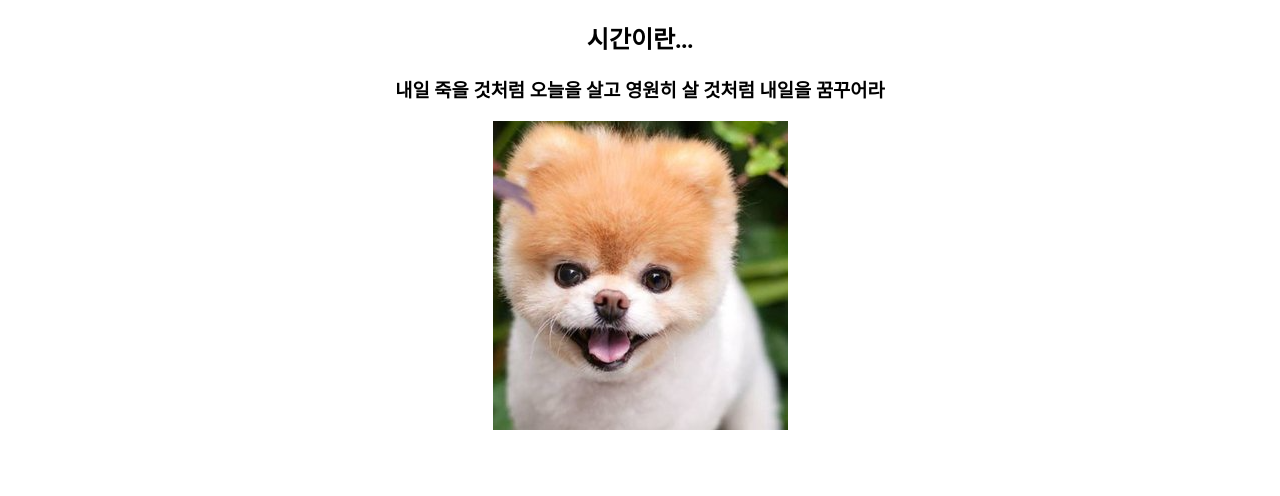
Repository: BangJinn/jspworks
Page: http://localhost/jwbook/time.jsp
These files come from the project's save history. The page is drawn as it stood at one moment and after the next save; the edit follows.
The browser window is 1280 px wide. The pictures show the whole page.
The page is served by Tomcat 9.

Above is the page before, as saved 2023-11-20 03:01:05.

### jwbook/src/main/webapp/time.jsp
<%@ page language="java" contentType="text/html; charset=UTF-8"
    pageEncoding="UTF-8"%>
<!DOCTYPE html>
<html>
<head>
<meta charset="UTF-8">
<meta name ="viewport" content = "width=device-width, initial-scale=1.0">
<title>Insert title here</title>
<style>
#wrap{width : 80%; margin: 0 auto; text-align: center;}
</style>
</head>
<body>
	<div id = "wrap">
		<h2>시간이란...</h2>
		<h3>내일 죽을 것처럼 오늘을 살고
			영원히 살 것처럼 내일을 꿈꾸어라</h3>
			<div>
			<img alt="" src="resources/images/dog2.PNG">
			</div>
	</div>

</body>
</html>

After the next save:
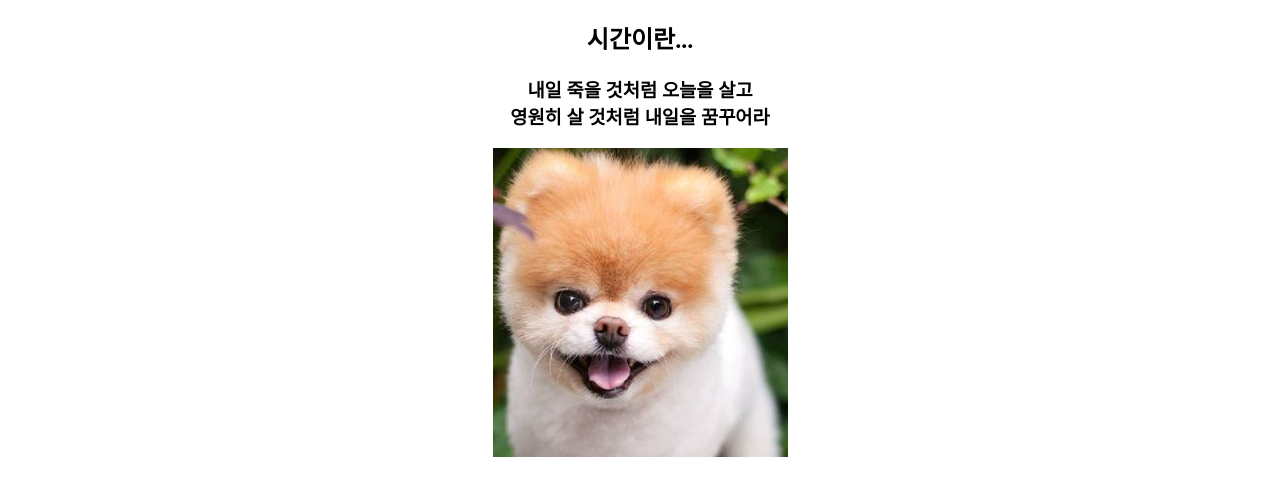
Saved 24 s later.
--- a/jwbook/src/main/webapp/time.jsp
+++ b/jwbook/src/main/webapp/time.jsp
@@ -13,7 +13,8 @@
 <body>
 	<div id = "wrap">
 		<h2>시간이란...</h2>
-		<h3>내일 죽을 것처럼 오늘을 살고
+		<h3>내일 죽을 것처럼 오늘을 살고<br>
+
 			영원히 살 것처럼 내일을 꿈꾸어라</h3>
 			<div>
 			<img alt="" src="resources/images/dog2.PNG">
